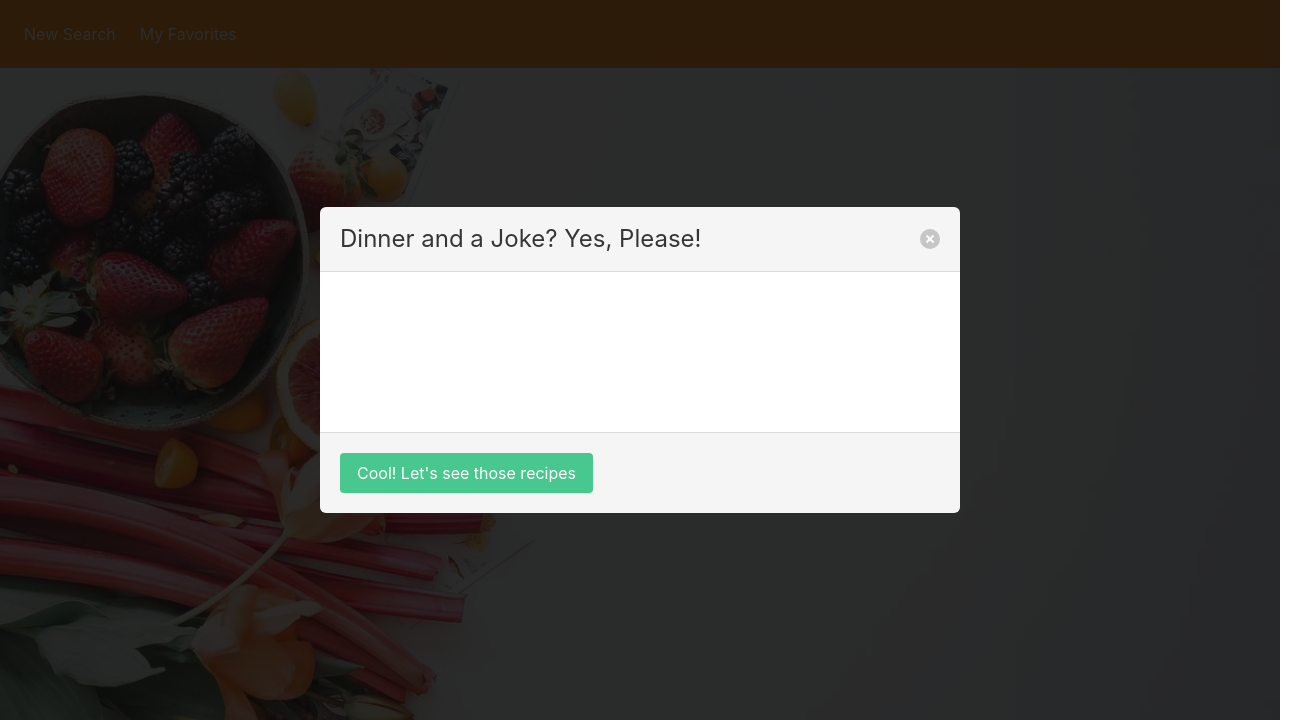
Repository: puakehaulani/the-hungry-app-proj1
Page: results.html
An editor plug-in stored every save of this project. The page is shown before and after the next save, followed by the edit.
The browser window is 1280 px wide. The page is 1280 px wide, then 1292 px, so the pictures cover 1292 px, including what lies to the right of the window. The pictures show the whole page.
Some web libraries are served in a nearby version.

Above is the page before, as saved 2020-10-17 11:14:22.
Console error: SyntaxError: Unexpected token ':'

After the next save:
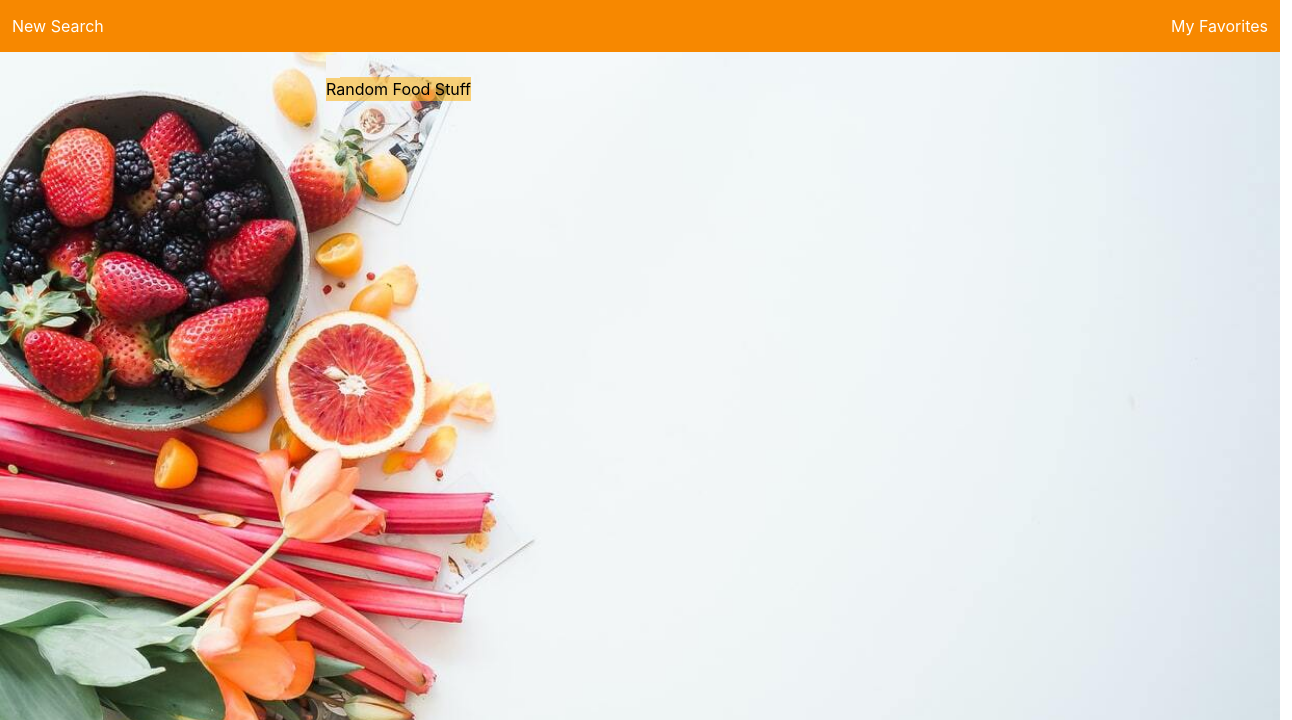
The error is gone.
Saved 40 s later.
--- a/results.html
+++ b/results.html
@@ -4,89 +4,43 @@
 <head>
     <meta charset="UTF-8">
     <meta name="viewport" content="width=device-width, initial-scale=1.0">
-    <title>Results</title>
-    <!-- reset css -->
-    <link rel="stylesheet" href="assets/style/reset.css">
-    <!-- bulma cdn -->
-    <link rel="stylesheet" href="https://cdnjs.cloudflare.com/ajax/libs/bulma/0.9.1/css/bulma.min.css">
-    <!-- project css style sheet -->
-    <link rel="stylesheet" href="assets/style/style.css">
+    <title>Hungry app</title>
+    <link rel="stylesheet" href="https://cdn.jsdelivr.net/npm/bulma@0.9.1/css/bulma.min.css">
+    <link rel="stylesheet" href="./assets/style/style.css">
+    <meta name="viewport" content="width=device-width, initial-scale=1">
 </head>
 
 <body>
-    <nav class="navbar" role="navigation" aria-label="main navigation">
-        <div class="navbar-menu">
-            <!-- search new item link  -->
-            <div class="navbar-item">
-                <nav class="navbar" role="navigation" aria-label="main navigation">
-                    <div class="navbar-menu">
-                        <!-- search new item link  -->
-                        <div class="navbar-item">
-                            <a href="index.html">New Search</a>
-                        </div>
-                    </div>
-                    <!-- link to favorites page on the left -->
-                    <div class="navbar-end">
-                        <div class="navbar-item">
-                            <a href="favorites.html">My Favorites </a>
-                        </div>
-                    </div>
-                <nav class="tabs is-centered is-size-5-mobile is-size-3-tablet is-size-2-widescreen" role="navigation" aria-label="main navigation">
-
-
-    <li id="display">
-    </li>
-
-    <!-- bulma fontawesome -->
-    <script defer src="https://use.fontawesome.com/releases/v5.14.0/js/all.js"></script>
-    <!-- jquery cdn -->
-    <script src="https://code.jquery.com/jquery-3.5.1.min.js"
-        integrity="sha256-9/aliU8dGd2tb6OSsuzixeV4y/faTqgFtohetphbbj0=" crossorigin="anonymous"></script>
-    <!-- Our JS -->
-    <script src="assets/script/results.js"></script>
-
-
-    <!-- // all code below is for the modal /// -->
-    <div class="modal is-active" id="test">
-        <div class="modal-background"></div>
-        <div class="modal-card">
-            <header class="modal-card-head">
-                <p class="modal-card-title">Dinner and a Joke? Yes, Please!</p>
-                <button class="delete" aria-label="close"></button>
-            </header>
-            <section class="modal-card-body">
-                <h1 id="setup"></h1>
-                <br>
-                <h3>**Save a recipe for later and we'll show you the punchline!**</h3>
-            </section>
-            <footer class="modal-card-foot">
-                <button class="button is-success" id="showjokesetup">
-                    Cool! Let's see those recipes
-                </button>
-            </footer>
+  <nav class="navbar" role="navigation" aria-label="main navigation">
+    <div class="navbar-menu">
+        <div class="navbar-item">
+            <a href="index.html">New Search</a>
         </div>
     </div>
 
-    <!-- // all code ABOVE is for the modal /// -->
-    <!--punchline modal below-->
-    <div class="modal" id="punch">
-        <div class="modal-background"></div>
-        <div class="modal-card">
-            <header class="modal-card-head">
-                <p class="modal-card-title">Favorite saved! Here's your punchline:</p>
-                <button class="delete" aria-label="close"></button>
-            </header>
-            <section class="modal-card-body">
-                <h1 id="punchline"></h1>
-            </section>
-            <footer class="modal-card-foot">
-                <button class="button is-success" id="closepunchline">
-                    wow that was hilarious!
-                </button>
-            </footer>
+    <div class="navbar-end">
+        <div class="navbar-item">
+            <a href="favorites.html">My Favorites </a>
         </div>
+
     </div>
+</nav>
+      <body>
 
+        <div class="columns is-mobile is-centered">
+            <div class="column is-half">
+              <p class="bd-notification is-primary">
+                <code class="html"></code><br>
+          <ul id="display">
+              <li>Random
+                  Food
+                  Stuff</li>
+
+          </ul>
+        </div>
+        </p>
+            </div>
+            </div>
 
 </body>
 
